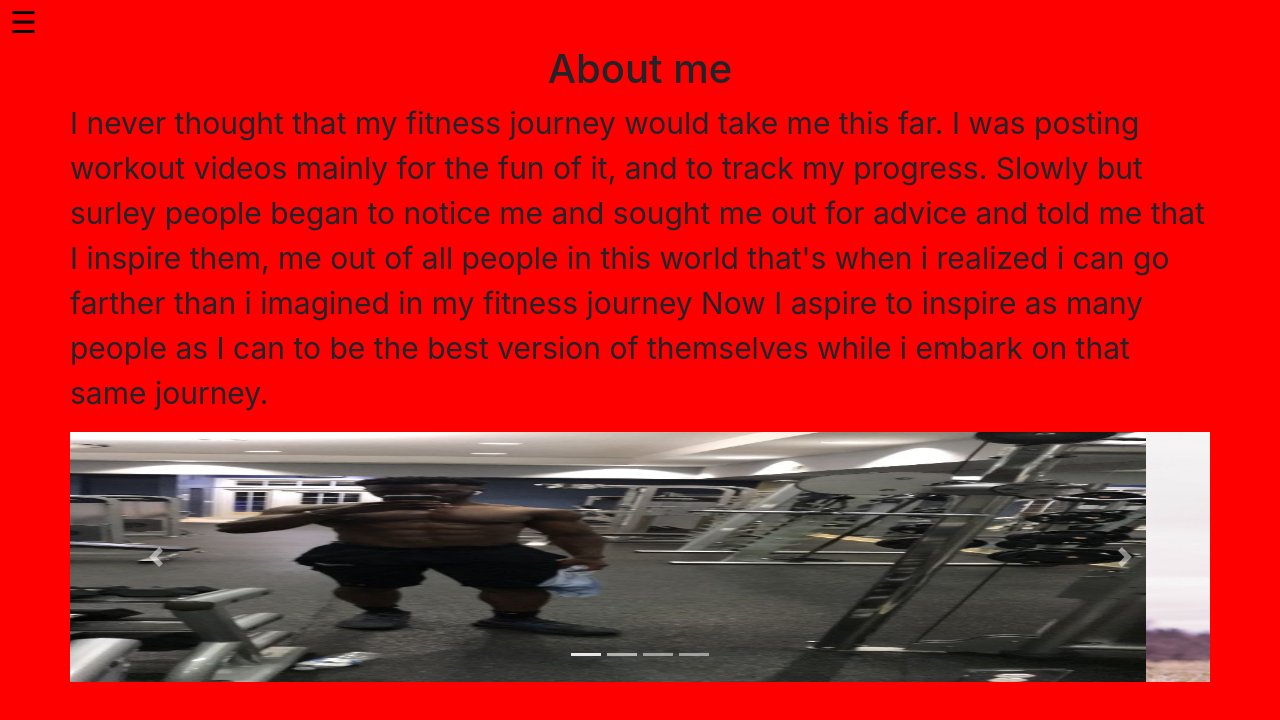
Repository: mamadont/MamadouFitnessWebsite
Page: pages-html/about-me.html
An editor plug-in stored every save of this project. The page is shown before and after the next save, followed by the edit.
The browser window is 1280 px wide. The pictures show the whole page.
Some web libraries are served in a nearby version.

Above is the page before, as saved 2020-07-09 00:31:21.

### pages-html/about-me.html
<!DOCTYPE html>
<html>

<head>
    <title>Mamadou Fitness</title>
    <link rel="stylesheet" href='../pages-css/about-me.css'>
    <meta name="viewport" content="width=device-width, initial-scale=1.0">

    <!-- Bootstrap -->
    <link rel="stylesheet" href="https://stackpath.bootstrapcdn.com/bootstrap/4.5.0/css/bootstrap.min.css" integrity="sha384-9aIt2nRpC12Uk9gS9baDl411NQApFmC26EwAOH8WgZl5MYYxFfc+NcPb1dKGj7Sk" crossorigin="anonymous">
    <!-- Animate.CSS-->
    <link rel="stylesheet" href="https://cdnjs.cloudflare.com/ajax/libs/animate.css/4.0.0/animate.min.css" />
    <!-- Font Awesome -->
    <script src="https://kit.fontawesome.com/0a51dc7bb6.js" crossorigin="anonymous"></script>
</head>

<body>
    <!-- Parent container-->
    <div id="main" class="bg">
        <!-- Hamburger Icon-->
        <span class="menu-icon" onclick="openNav()">&#9776; </span>

        <!-- About me content-->
        <div class="container">
            <!-- Header -->
            <div class="row justify-content-center animate__animated animate__slideInDown">
                <h1 id="header"> About me</h1>
            </div>

            <!-- About me description -->
            <div id="about-me-desc" class="row justify-content-center animate__animated animate__slideInLeft">
                <div>
                    <p>I never thought that my fitness journey would take me this far. I was posting workout videos mainly for the fun of it, and to track my progress. Slowly but surley people began to notice me and sought me out for advice and told me that
                        I inspire them, me out of all people in this world that's when i realized i can go farther than i imagined in my fitness journey Now I aspire to inspire as many people as I can to be the best version of themselves while i embark
                        on that same journey.</p>
                </div>
            </div>

            <!-- Images -->
            <div id="carousel" class="row carousel slide animate__animated animate__slideInRight" data-ride="carousel">
                <ol class="carousel-indicators">
                    <li data-target="#carousel" data-slide-to="0" class="active"></li>
                    <li data-target="#carousel" data-slide-to="1"></li>
                    <li data-target="#carousel" data-slide-to="2"></li>
                    <li data-target="#carousel" data-slide-to="3"></li>
                </ol>
                <div class="carousel-inner">
                    <div class="carousel-item active">
                        <img class="d-block w-100" src="../assets/pic1.JPG" />
                    </div>
                    <div class="carousel-item">
                        <img class="d-block w-100" src="../assets/pic2.JPG" />
                    </div>
                    <div class="carousel-item">
                        <img class="d-block w-100" src="../assets/pic3.JPG" />
                    </div>
                    <div class="carousel-item">
                        <img class="d-block w-100" src="../assets/pic4.JPG" />
                    </div>
                </div>
                <a class="carousel-control-prev" href="#carousel" role="button" data-slide="prev">
                    <span class="carousel-control-prev-icon" aria-hidden="true"></span>
                    <span class="sr-only">Previous</span>
                </a>
                <a class="carousel-control-next" href="#carousel" role="button" data-slide="next">
                    <span class="carousel-control-next-icon" aria-hidden="true"></span>
                    <span class="sr-only">Next</span>
                </a>
            </div>

        </div>
    </div>

    <!-- Side menu-->
    <div id="myNav" class="overlay">
        <a href="javascript:void(0)" class="closebtn" onclick="closeNav()">&times;</a>
        <div class="overlay-content">
            <!-- Menu Options -->
            <a href="../index.html">Home</a>
            <a href="./pages-html/about-me.html">About me</a>
            <a href="./social-media.html">Social Media</a>
            <a href="#">Workout Programs</a>
            <a href="#">Shop</a>
            <a href="./contact-me.html">Apply for Coaching</a>
        </div>
    </div>

    <!-- Javascript for this page-->
    <script src="../scripts/script.js"></script>
    <!-- Necessary script tags for Bootstrap-->
    <script src="https://code.jquery.com/jquery-3.5.1.slim.min.js" integrity="sha384-DfXdz2htPH0lsSSs5nCTpuj/zy4C+OGpamoFVy38MVBnE+IbbVYUew+OrCXaRkfj" crossorigin="anonymous"></script>
    <script src="https://cdn.jsdelivr.net/npm/popper.js@1.16.0/dist/umd/popper.min.js" integrity="sha384-Q6E9RHvbIyZFJoft+2mJbHaEWldlvI9IOYy5n3zV9zzTtmI3UksdQRVvoxMfooAo" crossorigin="anonymous"></script>
    <script src="https://stackpath.bootstrapcdn.com/bootstrap/4.5.0/js/bootstrap.min.js" integrity="sha384-OgVRvuATP1z7JjHLkuOU7Xw704+h835Lr+6QL9UvYjZE3Ipu6Tp75j7Bh/kR0JKI" crossorigin="anonymous"></script>
</body>

</html>

### pages-css/about-me.css
/* Background Image */

body,
html {
    height: 100%;
    overflow-x: hidden;
    background-color: red;
}

.bg {
    /* The image used */
    background-color: #FF0000;
    /* Full height */
    height: 100%;
    /* Center and scale the image nicely */
    background-position: center;
    background-repeat: no-repeat;
    background-size: cover;
    z-index: -1;
}


/* Hamburger (Menu) icon */

.menu-icon {
    font-size: 30px;
    cursor: pointer;
    padding-left: 10px;
    color: black;
    height: 300px;
    width: 300px;
}


/* About me header */

#about-me-header {
    text-align: center;
}


/* Menu overlay */

.overlay {
    height: 100%;
    width: 0;
    position: fixed;
    z-index: 1;
    top: 0;
    left: 0;
    background-color: black;
    overflow-x: hidden;
    transition: 0.5s;
}

.overlay-content {
    position: relative;
    top: 25%;
    width: 100%;
    text-align: center;
    margin-top: 30px;
}

.overlay a {
    padding: 8px;
    text-decoration: none;
    font-size: 36px;
    color: #818181;
    display: block;
    transition: 0.3s;
}

.overlay a:hover,
.overlay a:focus {
    color: red;
    text-decoration: none;
}

.overlay .closebtn {
    position: absolute;
    top: 20px;
    right: 45px;
    font-size: 60px;
}

@media screen and (max-height: 450px) {
    .overlay a {
        font-size: 20px
    }
    .overlay .closebtn {
        font-size: 40px;
        top: 15px;
        right: 35px;
    }
}


/* About me content */

p {
    font-size: 30px;
}

img {
    height: 250px;
    width: 250px;
    padding;
    0px;
}

#header {
    text-align: center;
}

#carousel {
    padding: 0px;
}


/* For smaller screens */

@media(max-width: 767px) {
    p {
        font-size: larger;
    }
    #about-me-desc {
        padding: 20px;
    }
}

### scripts/script.js
function openNav() {
    // Changes width based on the width of the viewport (30% for larger screens, 100% for smaller screens)
    if (window.innerWidth < 1280) {
        document.getElementById("myNav").style.width = "100%";
    } else {
        document.getElementById("myNav").style.width = "30%";
    }

    document.getElementById("main").style.opacity = 0.5;



}

function closeNav() {
    document.getElementById("myNav").style.width = "0%";
    document.getElementById("main").style.opacity = 1.0
}

After the next save:
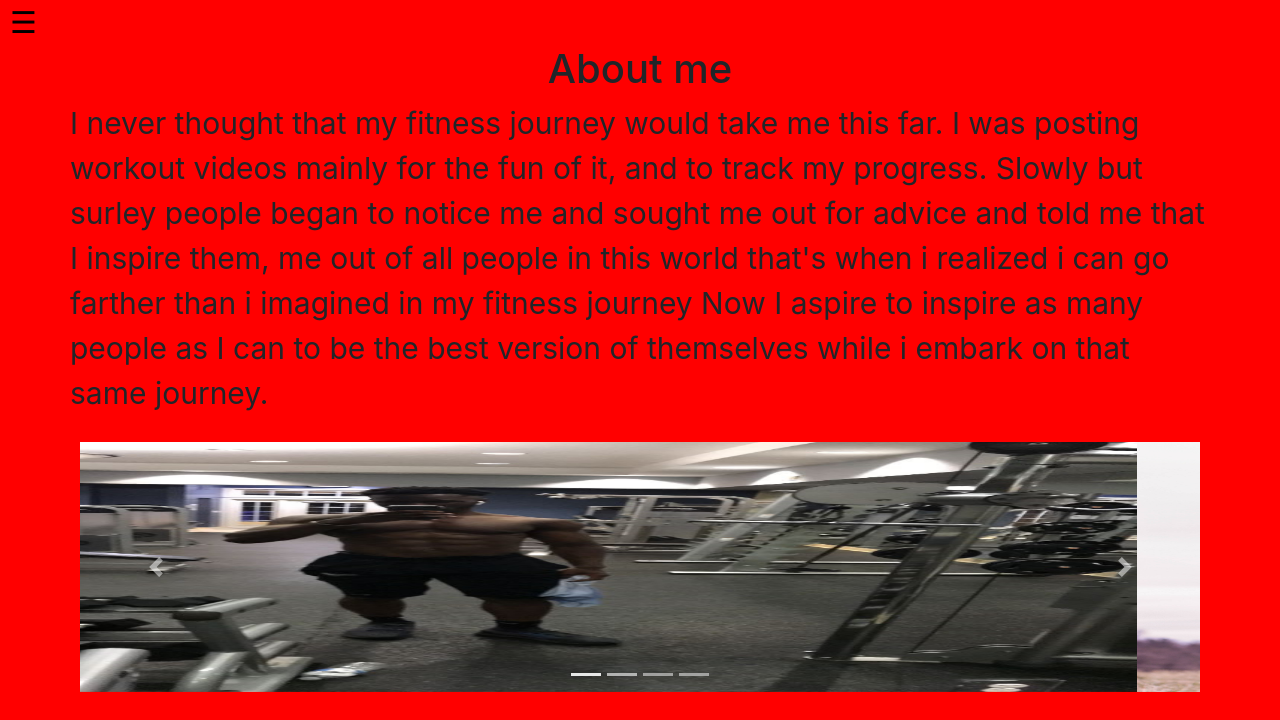
Saved 9 s later.
--- a/pages-css/about-me.css
+++ b/pages-css/about-me.css
@@ -113,7 +113,7 @@ img {
 }
 
 #carousel {
-    padding: 0px;
+    padding: 10px;
 }
 
 
